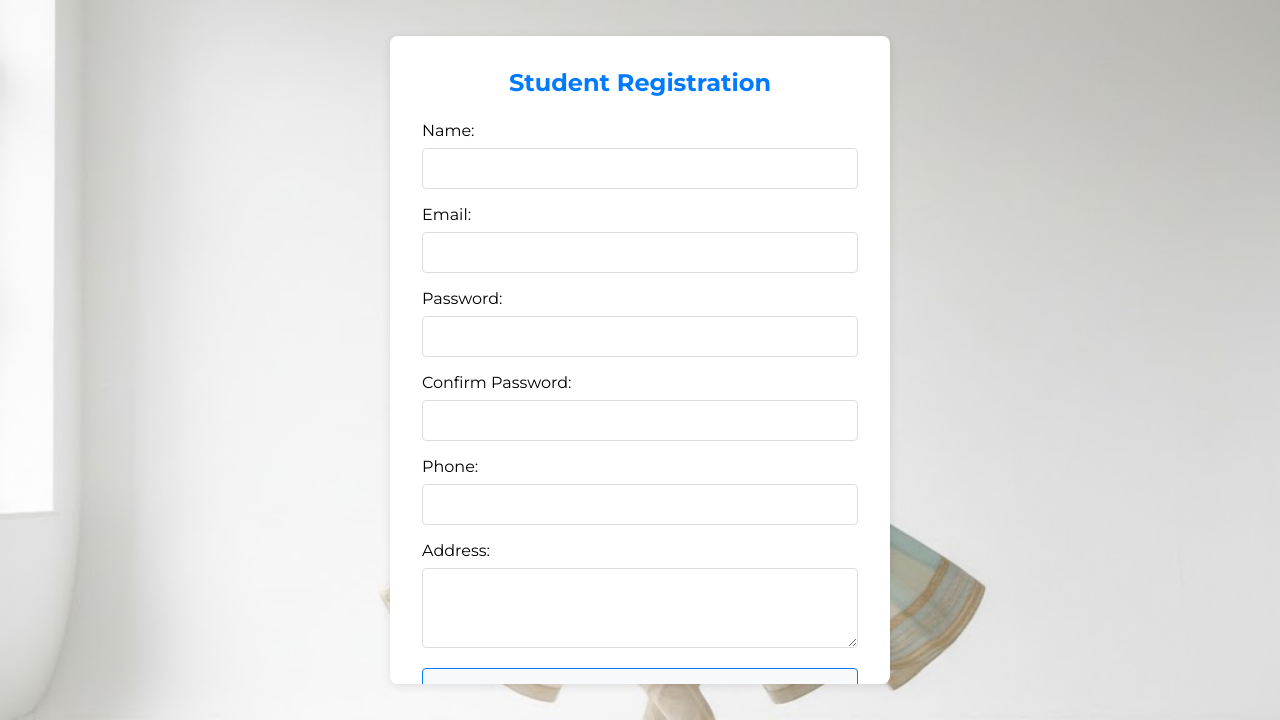
Repository: Priyadharshini-J-CSE/StepSync_Dance_Mangement_System
Page: /user-register (app in frontend/)
An editor plug-in stored every save of this project. The page is shown before and after a run of saves, followed by the edit.
The browser window is 1280 px wide. The pictures show the whole page.
An inner scrolling area shows only its first screen. Some web fonts or font styles are not loaded; a fallback is used. Some web libraries are served in a nearby version. The project was rebuilt for these pictures with package versions that can differ from the ones it lists, and the page was loaded fresh each time. Also part of the build but not shown: frontend/src/index.css, frontend/src/pages/LandingPage.js, frontend/src/components/Alert.js, frontend/src/pages/UserLogin.js, frontend/src/pages/AdminLogin.js, frontend/src/pages/AdminRegister.js, frontend/src/pages/ForgotPassword.js, frontend/src/components/Navbar.js and 17 more.

Above is the page before, as saved 2025-12-18 10:47:28.

After the next 3 saves:
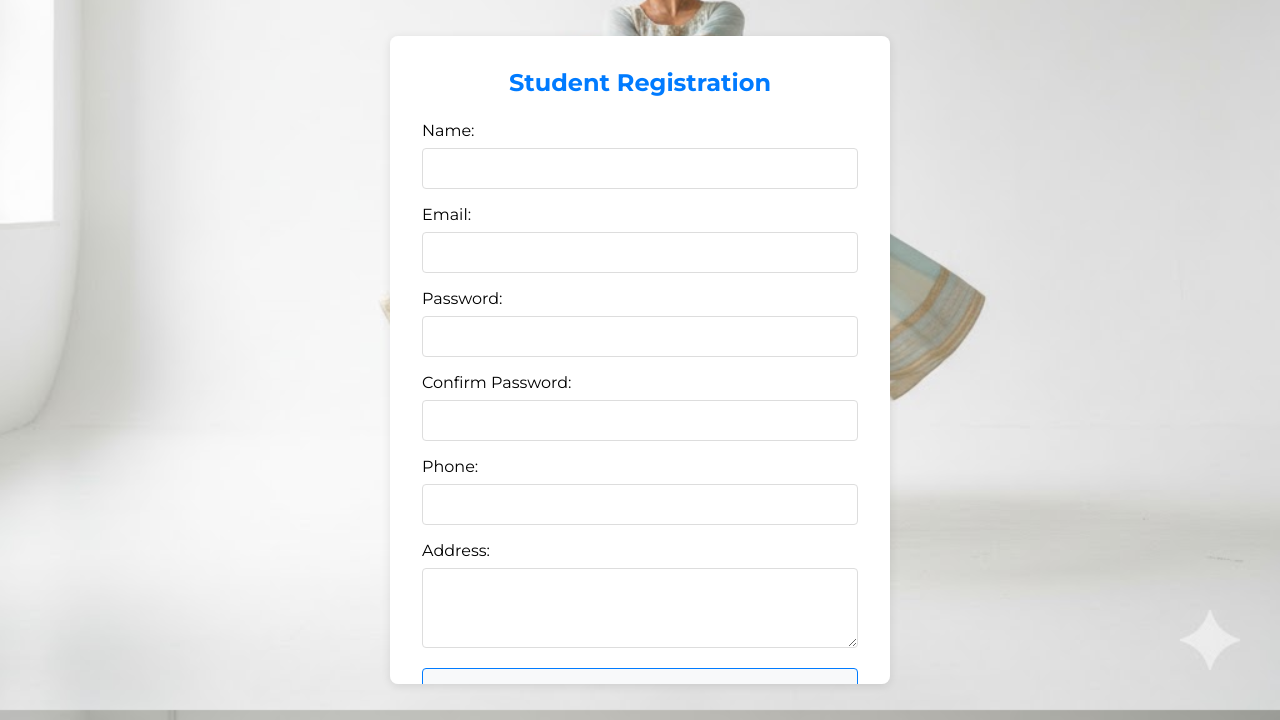
The 3 saves are shown as one change because they came seconds apart.
The last was saved 9 s later.
--- a/frontend/src/pages/UserRegister.js
+++ b/frontend/src/pages/UserRegister.js
@@ -65,7 +65,7 @@ const UserRegister = () => {
       padding: '1rem',
       backgroundImage: 'url(/image.jpg)',
       backgroundSize: 'cover',
-      backgroundPosition: 'right',
+      backgroundPosition: 'left 30% bottom 10px',
       backgroundAttachment: 'fixed'
     }}>
       <form onSubmit={handleSubmit} style={{
